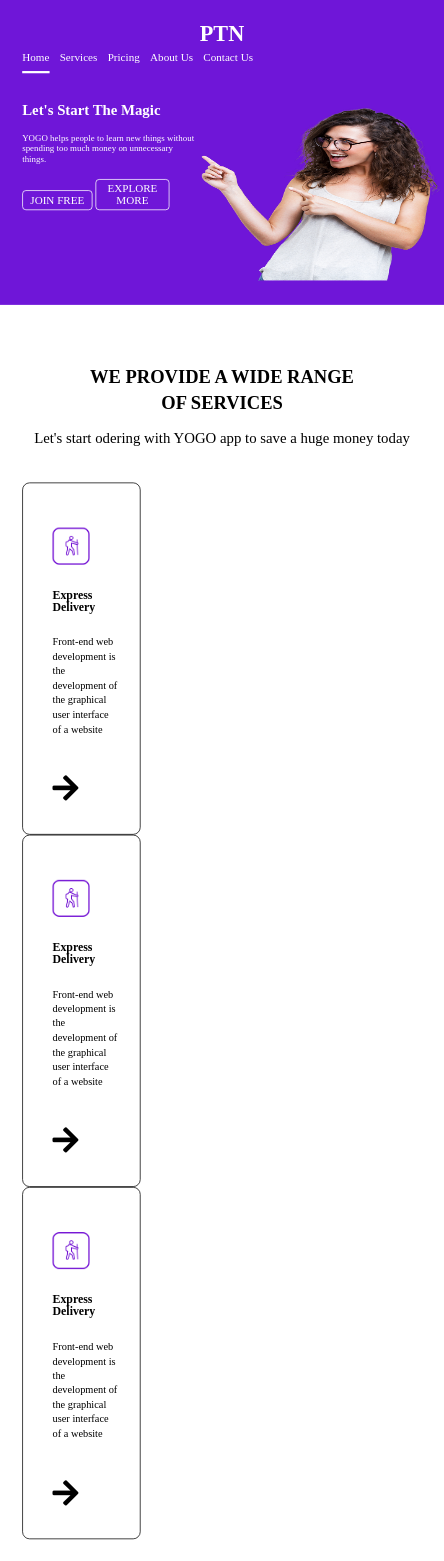
Repository: PhamTrungNguyen/LuyenTap
Page: index.html
An editor plug-in stored every save of this project. The page is shown before and after the next save, followed by the edit.
The browser window is 600 px wide. The pictures show the whole page, at 74% of full size.
Some web fonts or font styles are not loaded; a fallback is used. The style sheet was rebuilt from its Sass, Less or Tailwind sources for each picture, by a compiler version that may differ from the author's.

Above is the page before, as saved 2021-12-05 21:57:54.

### index.html
<!DOCTYPE html>
<html lang="en">

<head>
    <meta charset="UTF-8">
    <meta http-equiv="X-UA-Compatible" content="IE=edge">
    <meta name="viewport" content="width=device-width, initial-scale=1.0">
    <title>TN_YoGo</title>
    <link rel="stylesheet" href="./reset.css">
    <link rel="stylesheet" href="./style.css">
    <!-- link truyền icon -->
    <link rel="stylesheet" href="https://cdnjs.cloudflare.com/ajax/libs/font-awesome/5.15.3/css/all.min.css"
        integrity="sha512-iBBXm8fW90+nuLcSKlbmrPcLa0OT92xO1BIsZ+ywDWZCvqsWgccV3gFoRBv0z+8dLJgyAHIhR35VZc2oM/gI1w=="
        crossorigin="anonymous" referrerpolicy="no-referrer" />
    <!-- link font chữ -->
    <link
        href="https://fonts.googleapis.com/css2?family=Roboto:ital,wght@0,300;0,400;1,300;1,400&family=Zen+Loop&display=swap"
        rel="stylesheet">
</head>

<body>
    <!-- -------------------- Logo và menu -------------------- -->
    <header class="header">
        <div class="container">
            <div class="header-main">
                <a href="#" class="header-main_logo">PTN</a>
                <ul class="header-main_menu">
                    <li class="header-main_menu__item">
                        <a href="" class="header-main_menu__link active-home">Home</a>
                    </li>
                    <li class="header-main_menu__item">
                        <a href="" class="header-main_menu__link">Services</a>
                    </li>
                    <li class="header-main_menu__item">
                        <a href="" class="header-main_menu__link">Pricing</a>
                    </li>
                    <li class="header-main_menu__item">
                        <a href="" class="header-main_menu__link">About Us</a>
                    </li>
                    <li class="header-main_menu__item">
                        <a href="" class="header-main_menu__link">Contact Us</a>
                    </li>
                </ul>
            </div>
            <!-- -------------------- Phần header trung tâm -------------------- -->
            <div class="header-center">
                <div class="header-left">
                    <h2 class="header-left_title">Let's Start The Magic</h2>
                    <p class="header-left_desc">YOGO helps people to learn new things without spending too much money on
                        unnecessary things.</p>
                    <div class="header-left_click">
                        <a href="" class="header-left_link">join free</a>
                        <a href="" class="header-left_link">explore more</a>
                    </div>
                </div>
                <div class="header-right">
                    <img src="./images/home-pic.png" alt="" class="header-right_image">
                </div>
            </div>
        </div>
    </header>
    <!-- -------------------- Phần service ( dưới header ) -------------------- -->
    <section class="service">
        <div class="container">
            <div class="service-over">
                <h2 class="service-over_title">we provide a wide range of services</h2>
                <p class="service-over_desc">Let's start odering with YOGO app to save a huge money today</p>
            </div>
            <div class="service-below">
                <div class="service-below--list">
                    <div class="service-below--block">
                        <img src="./images/Icon-1.png" alt="" class="service-below_icon">
                        <h3 class="service-below_title">Express Delivery</h3>
                        <span class="service-below_desc">Front-end web development is the development of the graphical user interface of a website</span>
                        <div class="service-below_item">
                            <i class="fas fa-arrow-right"></i>
                        </div>
                    </div>
                </div>
                <div class="service-below--list">
                    <div class="service-below--block">
                        <img src="./images/Icon-1.png" alt="" class="service-below_icon">
                        <h3 class="service-below_title">Express Delivery</h3>
                        <span class="service-below_desc">Front-end web development is the development of the graphical user interface of a website</span>
                        <div class="service-below_item">
                            <i class="fas fa-arrow-right"></i>
                        </div>
                    </div>
                </div>
                <div class="service-below--list">
                    <div class="service-below--block">
                        <img src="./images/Icon-1.png" alt="" class="service-below_icon">
                        <h3 class="service-below_title">Express Delivery</h3>
                        <span class="service-below_desc">Front-end web development is the development of the graphical user interface of a website</span>
                        <div class="service-below_item">
                            <i class="fas fa-arrow-right"></i>
                        </div>
                    </div>
                </div>

            </div>
        </div>
    </section>

</body>

</html>

### reset.css
/* http://meyerweb.com/eric/tools/css/reset/
   v2.0 | 20110126
   License: none (public domain)
*/

html,
body,
div,
span,
applet,
object,
iframe,
h1,
h2,
h3,
h4,
h5,
h6,
p,
blockquote,
pre,
a,
abbr,
acronym,
address,
big,
cite,
code,
del,
dfn,
em,
img,
ins,
kbd,
q,
s,
samp,
small,
strike,
strong,
sub,
sup,
tt,
var,
b,
u,
i,
center,
dl,
dt,
dd,
ol,
ul,
li,
fieldset,
form,
label,
legend,
table,
caption,
tbody,
tfoot,
thead,
tr,
th,
td,
article,
aside,
canvas,
details,
embed,
figure,
figcaption,
footer,
header,
hgroup,
menu,
nav,
output,
ruby,
section,
summary,
time,
mark,
audio,
video {
  margin: 0;
  padding: 0;
  border: 0;
  font-size: 100%;
  font: inherit;
  vertical-align: baseline;
}
/* HTML5 display-role reset for older browsers */
article,
aside,
details,
figcaption,
figure,
footer,
header,
hgroup,
menu,
nav,
section {
  display: block;
}
body {
  line-height: 1;
}
ol,
ul {
  list-style: none;
}
blockquote,
q {
  quotes: none;
}
blockquote:before,
blockquote:after,
q:before,
q:after {
  content: "";
  content: none;
}
table {
  border-collapse: collapse;
  border-spacing: 0;
}

### style.scss
html {
  font-size: 62.5%;
}
* {
  box-sizing: border-box;
}
body {
  font-family: "Bona Nova", serif;
  font-size: 1.6rem;
  font-weight: normal;
  outline: none;
}
a {
  text-decoration: none;
}
img {
  max-width: 100%;
}
.container {
  padding: 4rem;
}
.active-home {
  border-bottom: 3px solid white !important;
  padding-bottom: 10px;
}
.header {
  //-------------------- Logo và menu --------------------
  background-color: #6f16d8;
  &-main {
    // max-width: 1100px;
    display: flex;
    flex-direction: row;
    justify-content: space-between;
    &_logo {
      display: inline-block;
      text-transform: uppercase;
      font-size: 3rem;
      font-weight: 700;
      color: white;
    }
    &_menu {
      cursor: pointer;
      display: flex;
      flex-direction: row;
      position: relative;
      &__item:not(:last-child) {
        margin-right: 5rem;
      }
      &__link {
        text-transform: uppercase;
        display: inline-block;
        color: white;
        font-size: 1.4rem;
        border-bottom: 2px solid transparent;
        padding-bottom: 10px;
        transition: all 0.25s linear;
      }
      &__link:hover {
        color: black;
        border-bottom: 3px solid white;
      }
    }
  }
}
@media screen and (max-width: 767px) {
  .container {
    padding: 3rem;
  }
  .header-main {
    display: block;
    &_logo {
      display: block;
      text-align: center;
      padding-bottom: 1rem;
    }
  }
  .header-main_menu__item:not(:last-child) {
    margin-right: 1.4rem;
  }
  .header-main_menu__link {
    font-size: 1.5rem;
    text-transform: capitalize;
  }
}
//-------------------- Phần header trung tâm --------------------
.header {
  &-center {
    padding-top: 15rem;
    display: flex;
    justify-content: space-between;
  }
  &-left {
    margin-top: 2rem;
    &_title {
      color: white;
      font-size: 5rem;
      font-weight: bold;
      padding-bottom: 5rem;
    }
    &_desc {
      color: white;
      max-width: 400px;
      line-height: 1.4;
      padding-bottom: 5rem;
    }
    &_link {
      display: inline-block;
      padding: 1rem 2rem;
      color: white;
      text-transform: uppercase;
      border-radius: 0.5rem;
      border: 1px solid white;
      transition: all 0.25s linear;
      margin-right: 2rem;
    }
    &_link:hover {
      background-color: #fff;
      color: black;
    }
  }
  &-right {
    margin-right: 10rem;
    margin-top: -10rem;
    &_image {
      width: 45rem;
    }
  }
}
@media screen and (max-width: 1023px) {
  .header-left {
    margin-top: 0rem;
  }
  .header-center {
    padding-top: 8rem;
  }
  .header-right {
    margin-right: 0rem;
    margin-top: -3rem;
  }
  .header-left_title {
    padding-bottom: 3rem;
  }
  .header-left_desc {
    max-width: 350px;
    padding-bottom: 4rem;
  }
}
@media  screen and (max-width:767px){
  .header-center {
    padding-top: 4rem;
}
  .header-left_title {
    font-size: 2rem;
    padding-bottom: 2rem;
}
.header-right_image {
  width: 50rem;
  height: 24rem;
}
.header-right {
  margin-right: -3rem;
  margin-top: 0rem;
}
.header-left_desc {
  line-height: 1.2;
  padding-bottom: 0rem;
  font-size: 1.2rem;
}
.header-left_link {
  margin-top: 2rem;
  padding: 0.5rem 1rem;
  font-size: 1.5rem;
  margin-right: 0rem;
  max-width: 10rem;
  text-align: center;
}
}
//-------------------- Phần service ( dưới header ) --------------------
.service
{
  padding-top: 5rem;
  &-over
  {
    padding-bottom: 5rem;
    text-align: center;
    &_title
    {
      margin: 0 auto;
      text-transform: uppercase;
      color: black;
      font-size: 2.5rem;
      font-weight: 600;
      max-width:380px;
      padding-bottom: 2rem;
      line-height: 1.4;
    }
    &_desc
    {
      font-size: 2rem;
    }
  }
  &-below
  {

    display:flex;
    flex-wrap: wrap;
    &--block{
      cursor: pointer;
      padding:6rem 3rem 4rem 4rem;
      // background-color: #6f16d8;
      border-radius:1rem;
      transition: all 0.75s ease;
      border: 1px solid black;
    }
    &--list{
      width: calc(33.33% - 2rem);

    }
    &--list:hover{
      .service-below--block{
        background-color: #6f16d8;
        border: 1px solid #6f16d8;
      }
      .service-below_title , .service-below_desc,.service-below_item {
        transition: all 0.75s ease;
        color:white;
      }


    }
    &--list:not(:last-child)
    {
      margin-right: 3rem;

    }
    &_icon {
     width:5rem;
     height:5rem;
     margin-bottom: 3rem;
    }
    &_title{
      color: black;
      font-weight: 600;
      padding-bottom: 3rem;
      // transition: all 0.5s ease;
    }
    &_desc{
      color: black;
      line-height:1.4;
      word-break: break-word;
      font-size: 1.4rem;
      // transition: all 0.5s ease;
    }
    &_item{
      padding-top: 5rem;
      font-size: 4rem;
    }
  }
}
@media  screen and (max-width:767px){
  .service-below {
    display: block;
}
.service-below--list {
  width: calc(33.33% - 2rem);
}

}

After the next save:
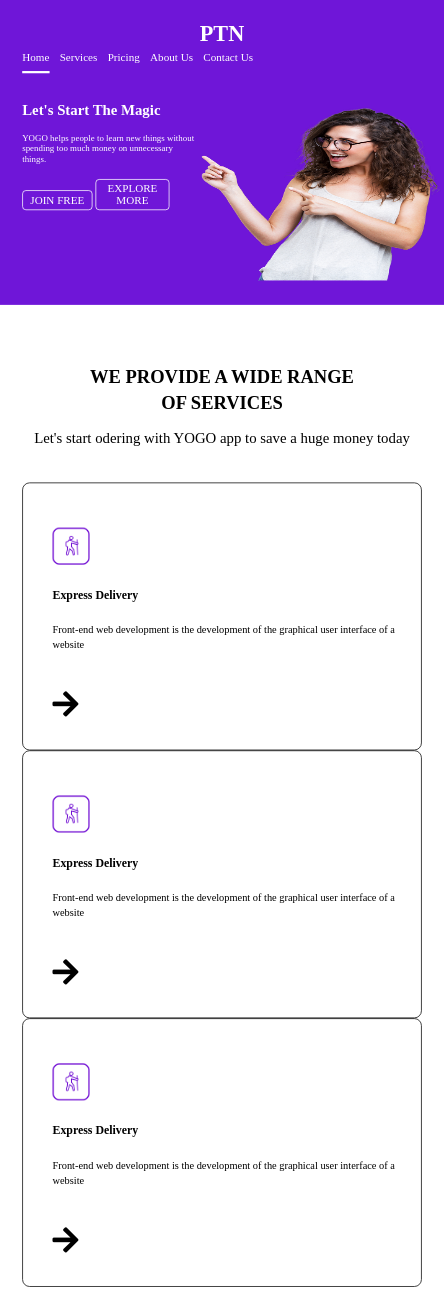
Saved 5 s later.
--- a/style.scss
+++ b/style.scss
@@ -262,7 +262,7 @@ img {
     display: block;
 }
 .service-below--list {
-  width: calc(33.33% - 2rem);
-}
-
-}
+  width: 100%;
+}
+
+}
